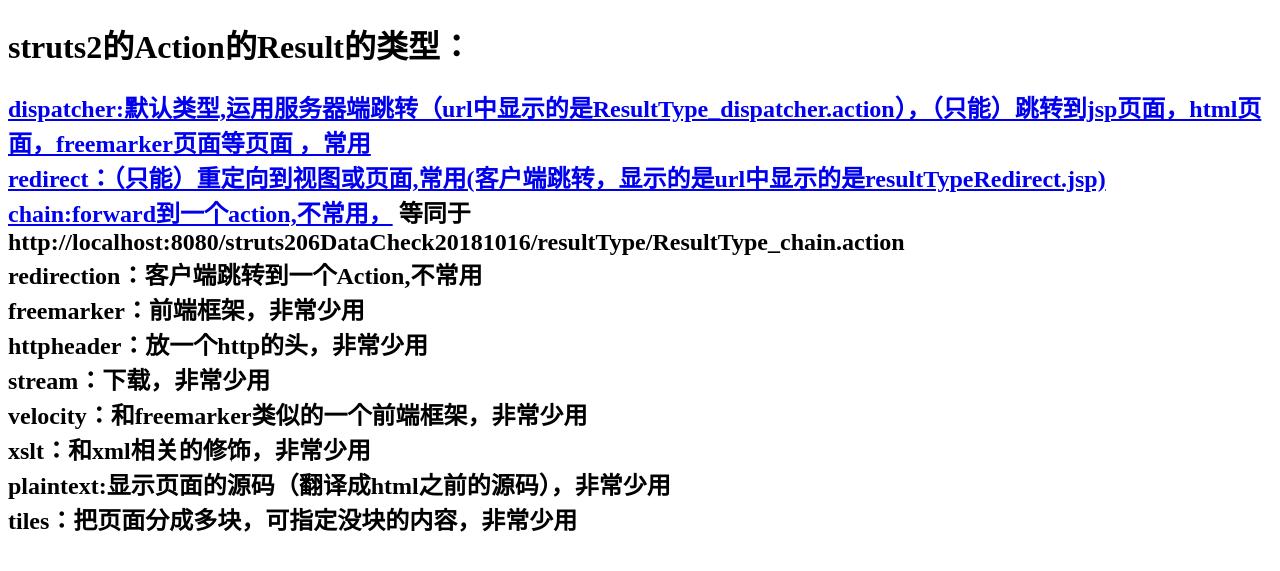
Repository: fupq/fpqStruts2
Page: http://localhost/struts206DataCheck20181016/resultType.jsp
These files come from the project's save history. The page is drawn as it stood at one moment and after the next save; the edit follows.
The browser window is 1280 px wide. The pictures show the whole page.
The page is served by Tomcat 9. Nobody is signed in. The application's start-up code is not run. Other server files are loaded and not shown.

Above is the page before, as saved 2018-10-22 17:25:50.

### struts206DataCheck20181016/WebRoot/resultType.jsp
<%@ page language="java" contentType="text/html; charset=GB18030"
    pageEncoding="GB18030"%>
<!DOCTYPE html>
<html>
<head>
<meta charset="GB18030">
<title>resultType</title>
</head>
<body>
	<h1>struts2的Action的Result的类型：</h1>
	<h2>
		<a href="http://localhost:8080/struts206DataCheck20181016/resultType/ResultType_dispatcher.action">dispatcher:默认类型,运用服务器端跳转（url中显示的是ResultType_dispatcher.action），（只能）跳转到jsp页面，html页面，freemarker页面等页面	，常用</a><br>
		<a href="http://localhost:8080/struts206DataCheck20181016/resultType/ResultType_redirect.action">redirect：（只能）重定向到视图或页面,常用(客户端跳转，显示的是url中显示的是resultTypeRedirect.jsp)	<br></a>
		<a href="http://localhost:8080/struts206DataCheck20181016/resultType/ResultType_chain.action">chain:forward到一个action,不常用，</a> 等同于http://localhost:8080/struts206DataCheck20181016/resultType/ResultType_chain.action <br>
		redirection：客户端跳转到一个Action,不常用<br>
		freemarker：前端框架，非常少用<br>
		httpheader：放一个http的头，非常少用<br>
		stream：下载，非常少用<br>
		velocity：和freemarker类似的一个前端框架，非常少用<br>
		xslt：和xml相关的修饰，非常少用<br>
		plaintext:显示页面的源码（翻译成html之前的源码），非常少用<br>
		tiles：把页面分成多块，可指定没块的内容，非常少用<br>
	</h2>
</body>
</html>

After the next save:
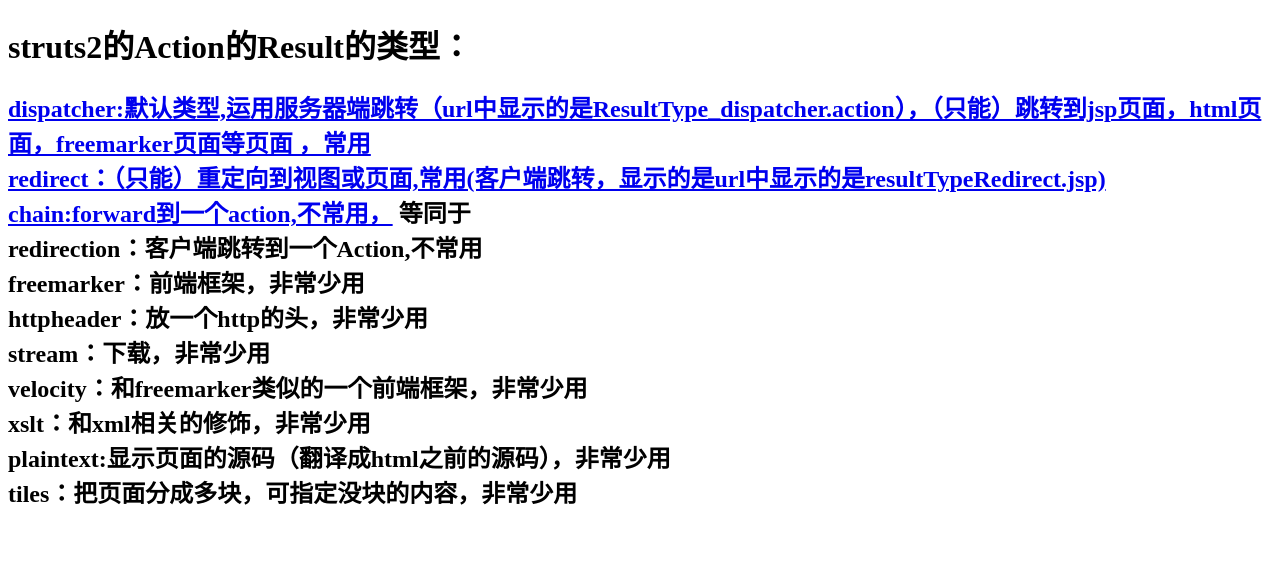
Saved 22 s later.
--- a/struts206DataCheck20181016/WebRoot/resultType.jsp
+++ b/struts206DataCheck20181016/WebRoot/resultType.jsp
@@ -11,7 +11,7 @@
 	<h2>
 		<a href="http://localhost:8080/struts206DataCheck20181016/resultType/ResultType_dispatcher.action">dispatcher:默认类型,运用服务器端跳转（url中显示的是ResultType_dispatcher.action），（只能）跳转到jsp页面，html页面，freemarker页面等页面	，常用</a><br>
 		<a href="http://localhost:8080/struts206DataCheck20181016/resultType/ResultType_redirect.action">redirect：（只能）重定向到视图或页面,常用(客户端跳转，显示的是url中显示的是resultTypeRedirect.jsp)	<br></a>
-		<a href="http://localhost:8080/struts206DataCheck20181016/resultType/ResultType_chain.action">chain:forward到一个action,不常用，</a> 等同于http://localhost:8080/struts206DataCheck20181016/resultType/ResultType_chain.action <br>
+		<a href="http://localhost:8080/struts206DataCheck20181016/resultType/ResultType_chain.action">chain:forward到一个action,不常用，</a> 等同于<a href="http://localhost:8080/struts206DataCheck20181016/resultType/ResultType_chain.action"></a> <br>
 		redirection：客户端跳转到一个Action,不常用<br>
 		freemarker：前端框架，非常少用<br>
 		httpheader：放一个http的头，非常少用<br>
